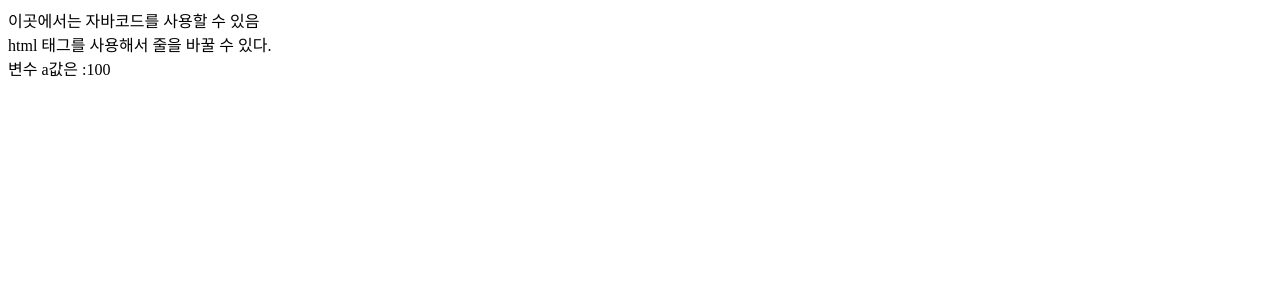
Repository: percussion8/jsp-servlet
Page: http://localhost/basic1007_1/conversion.jsp
The author's editor kept a copy of each file at every save. The page is drawn from the files as they stood at one save, then again after the next save.
The browser window is 1280 px wide. The pictures show the whole page.
The page is served by Tomcat 9.

Above is the page before, as saved 2020-10-08 07:02:49.

### basic1007_1/WebContent/conversion.jsp
<%@ page language="java" contentType="text/html; charset=UTF-8"
    pageEncoding="UTF-8"%>
<!DOCTYPE html>
<html>
<head>
<meta charset="UTF-8">
<title>Insert title here</title>
</head>
<body>
<%
	int a = 100;
	out.print("이곳에서는 자바코드를 사용할 수 있음 <br>");

%>
html 태그를 사용해서 줄을 바꿀 수 있다. <br>

<%

	out.print("변수 a값은 :" + a + "<p>");

%>

</body>
</html>

After the next save:
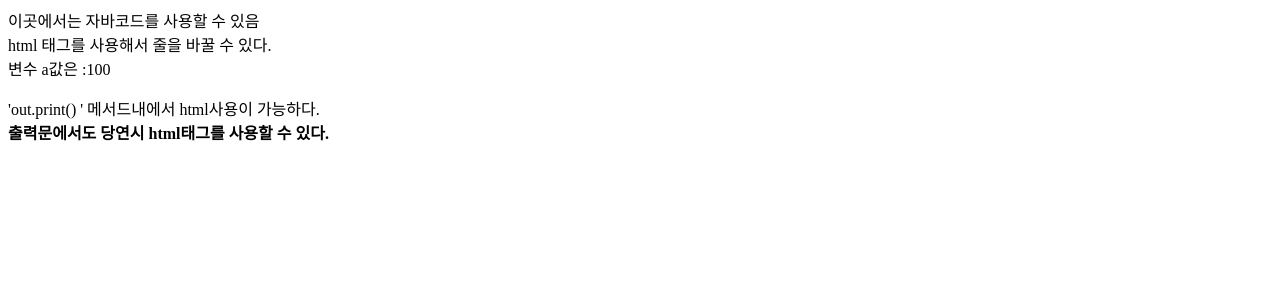
Saved 14 min 17 s later.
--- a/basic1007_1/WebContent/conversion.jsp
+++ b/basic1007_1/WebContent/conversion.jsp
@@ -17,8 +17,11 @@ html 태그를 사용해서 줄을 바꿀 수 있다. <br>
 <%
 
 	out.print("변수 a값은 :" + a + "<p>");
+	out.print(" \'out.print() \' 메서드내에서 html사용이 가능하다. <br>");
 
 %>
 
+<%= " <b> 출력문에서도 당연시 html태그를 사용할 수 있다. </b>" %>
+
 </body>
 </html>
